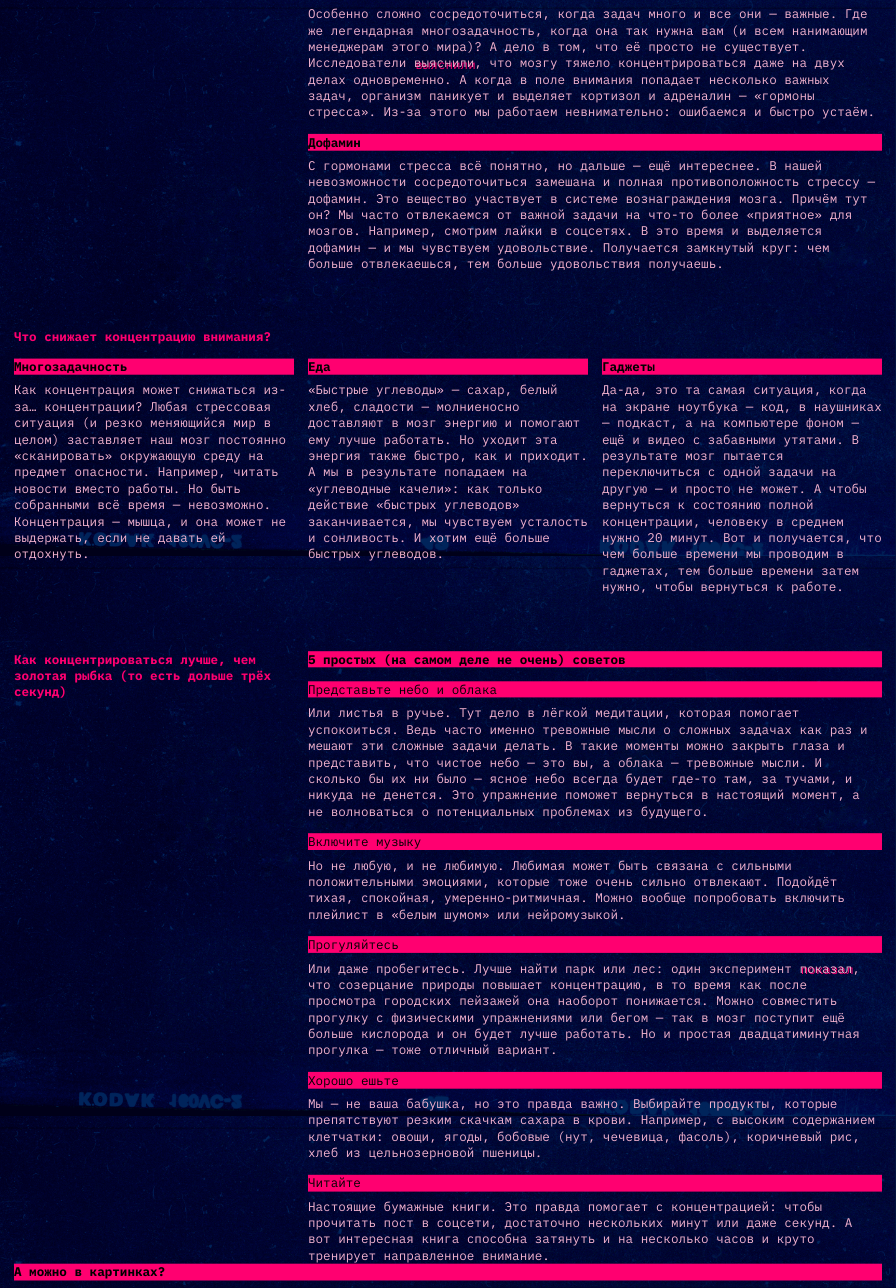
Repository: Hadoooouken/slozhno-sosredotochitsya
Page: index.html
The author's editor kept a copy of each file at every save. The page is drawn from the files as they stood at one save, then again after a run of saves.
The browser window is 1280 px wide. The pictures show the part of the page from y = 805 to 2725 px (the page is 2645 px tall before and 2725 px after), at 70% of full size.
Backgrounds fixed to the window are drawn as part of the page.

Above is the page before, as saved 2024-01-22 16:42:45.

### index.html
<!DOCTYPE html>
<html lang="ru">
  <head>
    <meta charset="UTF-8" />
    <meta http-equiv="X-UA-Compatible" content="IE=edge" />
    <meta name="viewport" content="width=device-width, initial-scale=1.0" />
    <meta name="color-scheme" content="dark light" />
    <link rel="icon" href="images/favicon.svg" sizes="any" />
    <link rel="stylesheet" href="fonts/fonts.css" />
    <link rel="stylesheet" href="styles/globals.css" />
    <link rel="stylesheet" href="./styles/variables.css" />
    <link rel="stylesheet" href="scripts/script.js" />
    <link rel="stylesheet" href="./styles/style.css" />
    <link rel="stylesheet" href="./styles/dark.css" />
    <link rel="stylesheet" href="./styles/light.css" />
    <title>Сложно сосредоточиться</title>
  </head>
  <body class="page">
    <header class="header decorated-zone">
      <div class="decoration-element" aria-hidden="true"></div>
      <nav class="header__theme-menu">
        <ul class="header__theme-menu-list">
          <li class="header__theme-menu-item">
            <button
              class="header__theme-menu-button header__theme-menu-button_type_light"
            >
              День
            </button>
          </li>
          <li class="header__theme-menu-item">
            <button
              class="header__theme-menu-button header__theme-menu-button_active header__theme-menu-button_type_auto"
              disabled
            >
              Авто
            </button>
          </li>
          <li class="header__theme-menu-item">
            <button
              class="header__theme-menu-button header__theme-menu-button_type_dark"
            >
              Неон
            </button>
          </li>
        </ul>
      </nav>
      <h1 class="header__title">no focus</h1>
      <div class="header__text title_decor">
        <p>
          Что делать, когда не можешь делать ничего Или&nbspпочему нам так
          сложно сконцентрироваться, особенно когда очень надо
        </p>
      </div>
    </header>
    <main class="main">
      <section class="section">
        <article class="Focus__block">
          <h2 class="column__title">Почему сосредоточиться так сложно</h2>

          <div>
            <h2 class="right__column title_decor">Многозадачность</h2>
            <p class="right__pharahraph">
              Особенно сложно сосредоточиться, когда задач много и все они —
              важные. Где же легендарная многозадачность, когда она так нужна
              вам (и всем нанимающим менеджерам этого мира)? А дело в том, что
              её просто не существует. Исследователи
              <a
                class="paragraph__link"
                href="https://dana.org/article/multicosts-of-multitasking/"
                >выяснили</a
              >, что мозгу тяжело концентрироваться даже на двух делах
              одновременно. А когда в поле внимания попадает несколько важных
              задач, организм паникует и выделяет кортизол и адреналин —
              «гормоны стресса». Из-за этого мы работаем невнимательно:
              ошибаемся и быстро устаём.
            </p>
            <h2 class="right__column title_decor">Дофамин</h2>
            <p class="right__pharahraph">
              С гормонами стресса всё понятно, но дальше — ещё интереснее. В
              нашей невозможности сосредоточиться замешана и полная
              противоположность стрессу — дофамин. Это вещество участвует в
              системе вознаграждения мозга. Причём тут он? Мы часто отвлекаемся
              от важной задачи на что-то более «приятное» для мозгов. Например,
              смотрим лайки в соцсетях. В это время и выделяется дофамин — и мы
              чувствуем удовольствие. Получается замкнутый круг: чем больше
              отвлекаешься, тем больше удовольствия получаешь.
            </p>
          </div>
        </article>
      </section>
      <section class="section">
        <article class="concentration__block">
          <div class="concentration">
            <h2 class="column__title">Что снижает концентрацию внимания?</h2>
          </div>

          <div class="multitasking">
            <h2 class="right__column title_decor">Многозадачность</h2>
            <p class="right__pharahraph">
              Как концентрация может снижаться из-за… концентрации? Любая
              стрессовая ситуация (и резко меняющийся мир в целом) заставляет
              наш мозг постоянно «сканировать» окружающую среду на предмет
              опасности. Например, читать новости вместо работы. Но быть
              собранными всё время — невозможно. Концентрация — мышца, и она
              может не выдержать, если не давать ей отдохнуть.
            </p>
          </div>
          <div class="eat">
            <h2 class="right__column title_decor">Еда</h2>
            <p class="right__pharahraph">
              «Быстрые углеводы» — сахар, белый хлеб, сладости — молниеносно
              доставляют в мозг энергию и помогают ему лучше работать. Но уходит
              эта энергия также быстро, как и приходит. А мы в результате
              попадаем на «углеводные качели»: как только действие «быстрых
              углеводов» заканчивается, мы чувствуем усталость и сонливость. И
              хотим ещё больше быстрых углеводов.
            </p>
          </div>
          <div class="gadgets">
            <h2 class="right__column title_decor">Гаджеты</h2>
            <p class="right__pharahraph">
              Да-да, это та самая ситуация, когда на экране ноутбука — код, в
              наушниках — подкаст, а на компьютере фоном — ещё и видео с
              забавными утятами. В результате мозг пытается переключиться с
              одной задачи на другую — и просто не может. А чтобы вернуться к
              состоянию полной концентрации, человеку в среднем нужно 20 минут.
              Вот и получается, что чем больше времени мы проводим в гаджетах,
              тем больше времени затем нужно, чтобы вернуться к работе.
            </p>
          </div>
        </article>
      </section>
      <section class="section">
        <article class="how__block">
          <h2 class="column__title">
            Как концентрироваться лучше, чем золотая рыбка (то есть дольше трёх
            секунд)
          </h2>
          <div>
            <h2 class="right__column title_decor">
              5 простых (на самом деле не очень) советов
            </h2>
            <h2 class="concentration__title title_decor">Представьте небо и облака</h2>
            <p class="right__pharahraph2">
              Или листья в ручье. Тут дело в лёгкой медитации, которая помогает
              успокоиться. Ведь часто именно тревожные мысли о сложных задачах
              как раз и мешают эти сложные задачи делать. В такие моменты можно
              закрыть глаза и представить, что чистое небо — это вы, а облака —
              тревожные мысли. И сколько бы их ни было — ясное небо всегда будет
              где-то там, за тучами, и никуда не денется. Это упражнение поможет
              вернуться в настоящий момент, а не волноваться о потенциальных
              проблемах из будущего.
            </p>
            <h2 class="concentration__title title_decor">Включите музыку</h2>
            <p class="right__pharahraph2">
              Но не любую, и не любимую. Любимая может быть связана с сильными
              положительными эмоциями, которые тоже очень сильно отвлекают.
              Подойдёт тихая, спокойная, умеренно-ритмичная. Можно вообще
              попробовать включить плейлист в «белым шумом» или нейромузыкой.
            </p>
            <h2 class="concentration__title title_decor">Прогуляйтесь</h2>
            <p class="right__pharahraph2">
              Или даже пробегитесь. Лучше найти парк или лес: один эксперимент
              <a
                class="paragraph__link"
                href="https://www.sciencedirect.com/science/article/abs/pii/S0272494415000328"
                >показал</a
              >, что созерцание природы повышает концентрацию, в то время как
              после просмотра городских пейзажей она наоборот понижается. Можно
              совместить прогулку с физическими упражнениями или бегом — так в
              мозг поступит ещё больше кислорода и он будет лучше работать. Но и
              простая двадцатиминутная прогулка — тоже отличный вариант.
            </p>
            <h2 class="concentration__title title_decor">Хорошо ешьте</h2>
            <p class="right__pharahraph2">
              Мы — не ваша бабушка, но это правда важно. Выбирайте продукты,
              которые препятствуют резким скачкам сахара в крови. Например, с
              высоким содержанием клетчатки: овощи, ягоды, бобовые (нут,
              чечевица, фасоль), коричневый рис, хлеб из цельнозерновой пшеницы.
            </p>
            <h2 class="concentration__title title_decor">Читайте</h2>
            <p class="right__pharahraph2">
              Настоящие бумажные книги. Это правда помогает с концентрацией:
              чтобы прочитать пост в соцсети, достаточно нескольких минут или
              даже секунд. А вот интересная книга способна затянуть и на
              несколько часов и круто тренирует направленное внимание.
            </p>
          </div>
        </article>
      </section>
      <section class="gallery__section section">
        <h2 class="right__column title_decor">А можно в картинках?</h2>
        <div class="gallery"></div>
      </section>

    </main>

    <script src="./scripts/script.js"></script>
  </body>
</html>

### styles/globals.css
/* Глобальные стили для проекта, их можно дополнять и менять по желанию */

*,
*::before,
*::after {
  box-sizing: border-box;
}

body {
  min-inline-size: 375px;
  max-inline-size: 1440px;
  margin: 0 auto;

}

h1,
h2,
h3,
h4,
h5,
h6,
p {
  margin: 0;
}

ul {
  margin: 0;
  padding: 0;
  list-style: none;
}

picture {
  margin: 0;
  padding: 0;
}

button,
a {
  color: currentColor;
  font-family: inherit;
  font-size: inherit;
  line-height: inherit;
}

### styles/variables.css
:root {/*
  Переменные для вашего проекта
  и их переопределение под различные устройства
*/
--main-font:'IBM Plex mono' sans-serif;
--title-color:#DB00FF;
--main-color:
--subtitle-color:#000028;
--text-color: #F1B2CE;
--section-title: #FF0070;
--bg-color: #000028;
--section-color: #FF0070;
/*--hover: #FF0070;*/
--hover: rgb(255 0 112 / 0.4);
--link-color: #FF0070;




}

### scripts/script.js
const themeButtons = document.querySelectorAll('.header__theme-menu-button');

themeButtons.forEach((button) => {
  button.addEventListener('click', () => {
    themeButtons.forEach((btn) => {
      btn.classList.remove('header__theme-menu-button_active');
      btn.removeAttribute('disabled');
    });
    if (
      [...button.classList].includes('header__theme-menu-button_type_light')
    ) {
      changeTheme('light');
    } else if (
      [...button.classList].includes('header__theme-menu-button_type_dark')
    ) {
      changeTheme('dark');
    } else {
      changeTheme('auto');
    }
    button.classList.add('header__theme-menu-button_active');
    button.setAttribute('disabled', true);
  });
});

function changeTheme(theme) {
  document.body.className = 'page';
  document.body.classList.add(`theme_${theme}`);
  localStorage.setItem('theme', theme);
}

function initTheme() {
  const theme = localStorage.getItem('theme');
  if (theme) {
    changeTheme(theme);
    themeButtons.forEach((btn) => {
      btn.classList.remove('header__theme-menu-button_active');
      btn.removeAttribute('disabled');
    });
    document
      .querySelector(`.header__theme-menu-button_type_${theme}`)
      .classList.add('header__theme-menu-button_active');
    document
      .querySelector(`.header__theme-menu-button_type_${theme}`)
      .setAttribute('disabled', true);
  }
}

initTheme();

### styles/style.css
/* Основные стили проекта. Это стили для темы, которую вы верстаете первой. */

.page {
  /* сохраните в разметке и стилях класс page. На его основе работает скрипт. */

  background-color: var(--bg-color);
  background-image: url(/images/cover-image-dark.png);
  background-attachment: fixed;
  background-position: center;
  background-size: cover;
  font-family: "IBM Plex mono";
  font-size: 18px;
}
.section {
  padding: 0px 20px;
}

.header {
  position: relative;
  block-size: 100vh;
  min-height: 375px;
  height: 100vh;
  padding: 20px;
  display: grid;
  grid-template-rows: 1fr min-content 1fr;
  justify-items: start;
}

.decorated-zone::before {
  content: "";
  position: absolute;
  border-top: 1px solid #ff0070;
  border-right: 1px solid #ff0070;
  right: 20px;
  top: 20px;
  width: 25px;
  height: 25px;
}

.decorated-zone::after {
  content: "";
  position: absolute;
  border-bottom: 1px solid #ff0070;
  border-left: 1px solid #ff0070;
  left: 20px;
  bottom: 20px;
  width: 25px;
  height: 25px;
}
.decoration-element {
  position: absolute;
  right: 48px;
  top: 21px;
}

.decoration-element::before {
  content: "REC";
  color: #ff0070;
  font-family: inherit;
  display: inline-block;
}

.decoration-element::after {
  content: "";
  background-color: #ff0070;
  width: 9px;
  height: 9px;
  border-radius: 50%;
  display: inline-block;
  box-shadow: 0px 0px 4px 2px #ff0070;
  top: 6px;
  left: 42px;
  position: absolute;
}

.header__title {
  font-family: var(--main-font);
  font-size: clamp(7.5rem, 0.5625rem + 14.4531vw, 9.8125rem);
  color: var(--title-color);
  line-height: 82.5%; /* 129.525px */
  text-shadow: 4px 4px 0 var(--section-title);
  margin-left: -20px;
}

.header__theme-menu {
  justify-self: center;
}

.header__text {
  font-size: 18px;
  justify-self: end;
  width: 50%; /*под вопросом*/
  align-self: center;
  font-weight: 700;
  color: var(--subtitle-color);
  line-height: 23.4px;
}

.title_decor {
  background-color: var(--section-title);
}

.header__theme-menu-list {
  display: flex;
  justify-content: center;
  gap: 10px;
}

.header__theme-menu-button {
  background-color: transparent;
  color: var(--section-title);
  border: none;
  text-transform: lowercase;
  line-height: 18px;
  padding: 2px 13px;
  cursor: pointer;
}

.header__theme-menu-button:focus {
  outline: none;
}

.header__theme-menu-button:focus-visible {
  text-decoration: underline;
  outline: none;
  color: var(--section-title);
}

.header__theme-menu-button:hover {
  outline: 1px solid var(--hover);
}



.header__theme-menu-button_active {
  pointer-events: none;
  outline: 1px solid var(--section-title);
}

.main {
  padding-top: 60px;
}

.Focus__block {
  display: grid;
  grid-template-columns: 1fr 2fr;
  gap: 10px;
}

.column__title {
  font-weight: 700;
  color: var(--section-color);
  font-size: inherit;
  line-height: 23.4px;
}

.right__column {
  font-size: inherit;
  line-height: 23.4px;
  margin-bottom: 10px;
  font-weight: 700;
}

.right__pharahraph {
  font-size: inherit;
  line-height: 23.4px;
  color: var(--text-color);
  font-weight: 400;
  margin-bottom: 20px;
}
.right__pharahraph:last-child {
  margin-bottom: 0px;
}

.paragraph__link {
  text-decoration: none;
  cursor: pointer;
  text-shadow: 2px 2px 0 var(--section-title);
}

.paragraph__link:hover {
  border-bottom: 1px solid var(--text-color);
}

.paragraph__link:focus {
  outline: none;
}

.paragraph__link:focus-visible {
  outline: 1px solid var(--text-color);
  color: var(--section-title);
  outline-offset: 0px;
}

.concentration__block {
  padding-top: 80px;
  display: grid;
  grid-template-columns: repeat(3, 1fr);
  grid-template-rows: repeat(2, min-content);
  grid-column-gap: 20px;
  grid-row-gap: 20px;

  grid-template-areas:
    "concentration unset unset"
    "multitasking eat gadgets";
}

.concentration {
  grid-area: concentration;
}

.multitasking {
  grid-area: multitasking;
}
.eat {
  grid-area: eat;
}

.gadgets {
  grid-area: gadgets;
}

.how__block {
  padding-top: 80px;
  display: grid;
  grid-template-columns: 1fr 2fr;
  grid-column-gap: 10px;
}

.concentration__title {
  font-weight: 400;
  font-size: inherit;
  line-height: 23.4px;
  margin-top: 20px;
}

.right__pharahraph2 {
  font-size: inherit;
  line-height: 23.4px;
  color: var(--text-color);
  font-weight: 400;
  margin-top: 10px;
}
}
  padding-top: 80px;


  gallery__section {

### styles/dark.css
/*
  Специально для тёмной темы при наличии класса,
  здесь окажутся стили, которые нужно переопределить принудительно,
  переключая тему
*/

.page.theme_dark {
  /* сохраните этот селектор в приведённом виде.
    Так стили написанные ниже будут иметь больший вес,
    чем стили в медиазапросе предпочтений пользователя
  */
--main-font:'IBM Plex mono' sans-serif;
--title-color:#DB00FF;
--subtitle-color:#000028;
--text-color: #F1B2CE;
--section-title: #FF0070;
--link-color: #FF0070;

}

Loaded but not shown: fonts/fonts.css (common file); styles/light.css (common file)

After the next 6 saves:
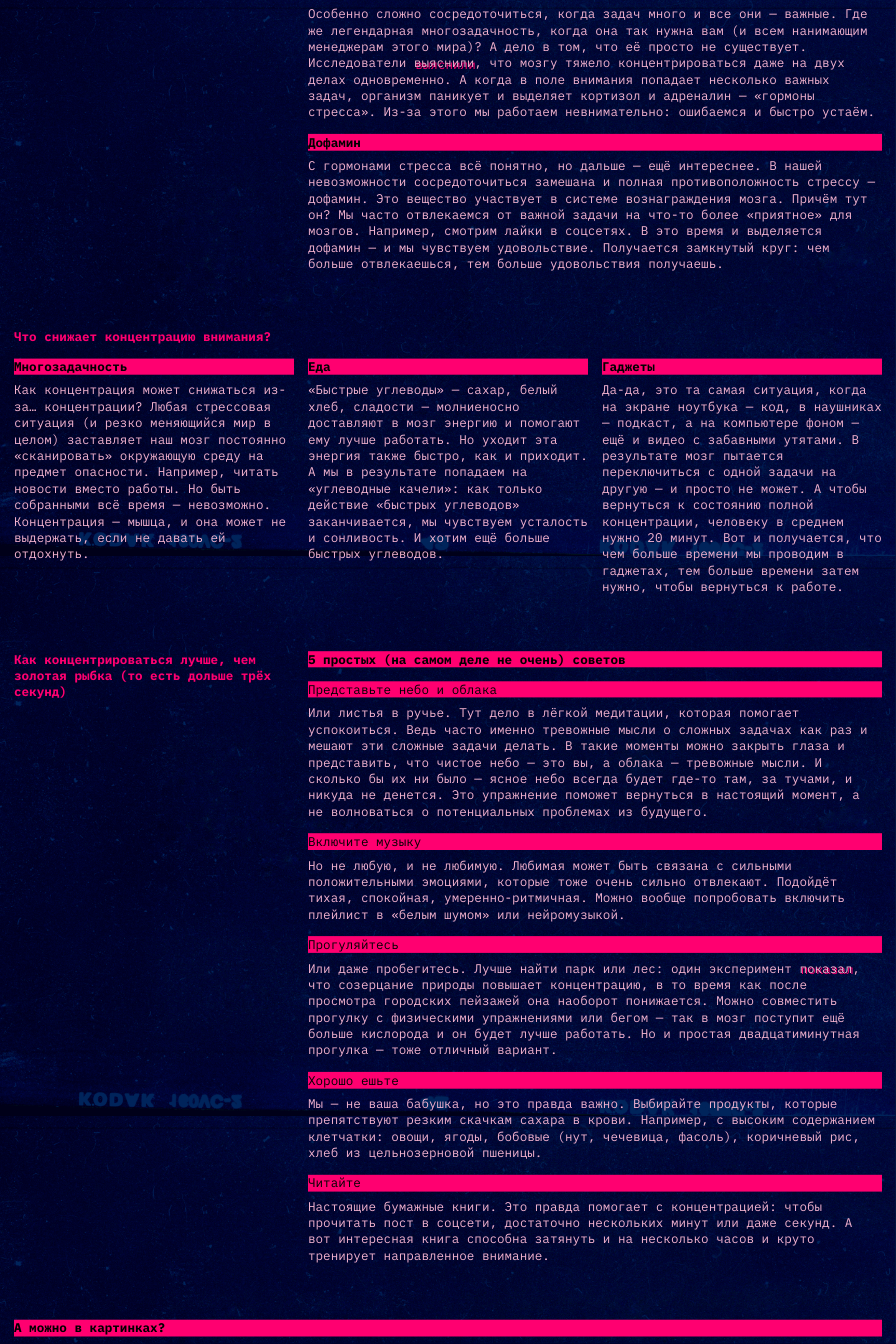
The 6 saves are shown as one change because they came seconds apart.
The last was saved 15 s later.
--- a/styles/style.css
+++ b/styles/style.css
@@ -130,8 +130,6 @@
   outline: 1px solid var(--hover);
 }
 
-
-
 .header__theme-menu-button_active {
   pointer-events: none;
   outline: 1px solid var(--section-title);
@@ -241,8 +239,7 @@
   font-weight: 400;
   margin-top: 10px;
 }
-}
+
+.gallery__section {
   padding-top: 80px;
-
-
-  gallery__section {
+}
